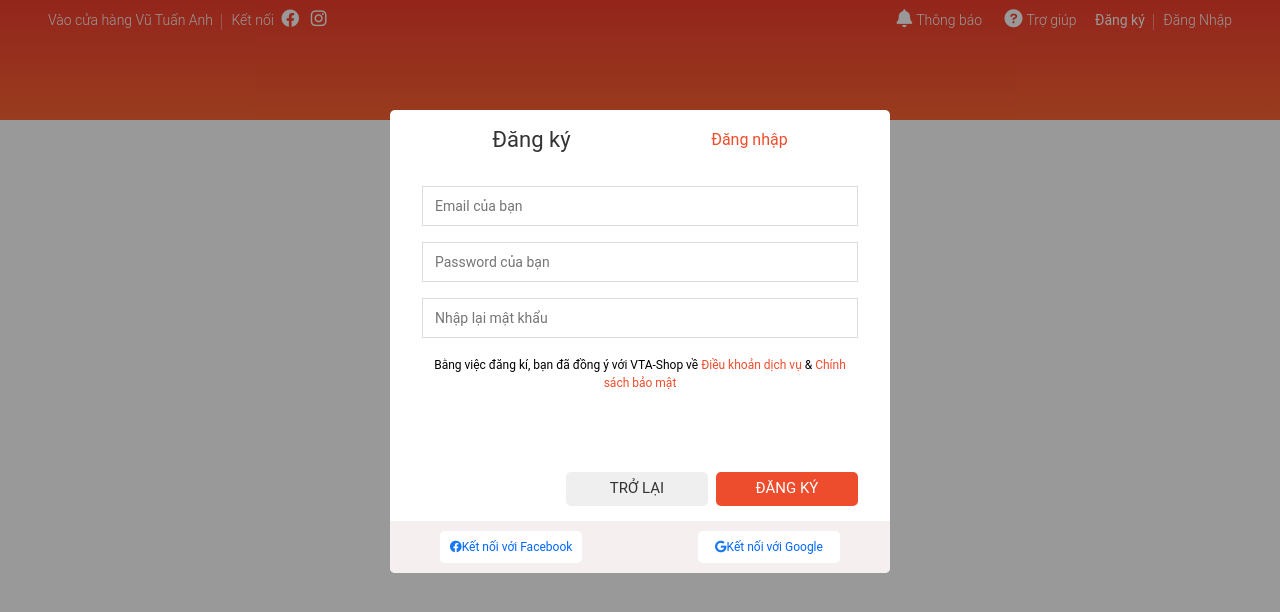
Repository: VuTuanAnh0949/Shopee
Page: index.html
An editor plug-in stored every save of this project. The page is shown before and after the next save, followed by the edit.
The browser window is 1280 px wide. The pictures show the whole page.

Above is the page before, as saved 2022-02-16 14:07:29.

After the next save:
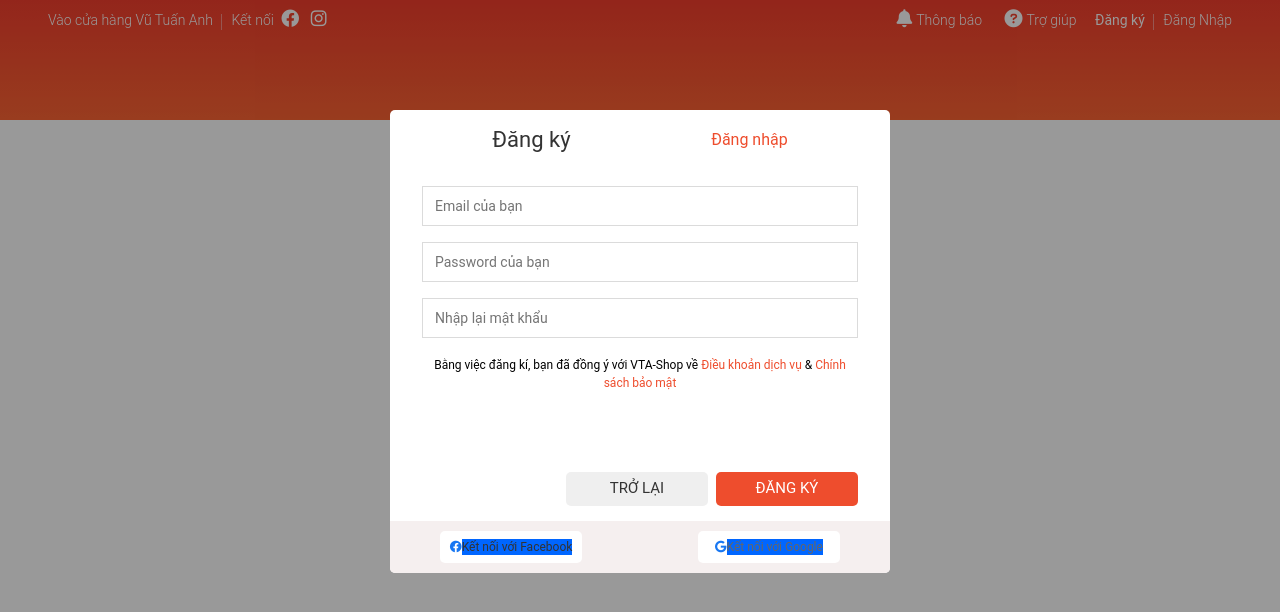
Saved 9 s later.
--- a/assets/css/main.css
+++ b/assets/css/main.css
@@ -300,7 +300,7 @@ color: #1877f2;
 }
 .auth-form__socials-title{
   margin-top: 0 36px;
-  color: #0066ff;
+  background-color: #0066ff;
 }
 .auth-form__socials--google{
   color: #666;
